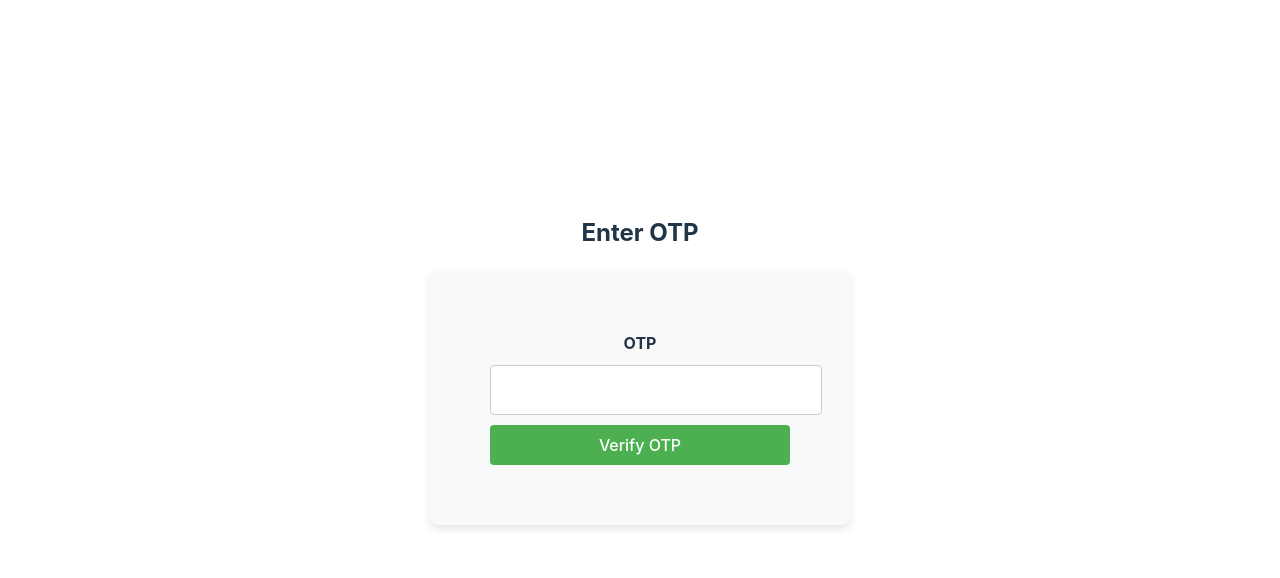
Repository: sarathraj2002/MockTest
Page: /check (app in Frontend/)
These files come from the project's save history. The page is drawn as it stood at one moment and after the next save; the edit follows.
The browser window is 1280 px wide. The pictures show the whole page.
The project was rebuilt for these pictures with package versions that can differ from the ones it lists, and the page was loaded fresh each time. Also part of the build but not shown: Frontend/vite.config.js, Frontend/src/components/Otp.jsx, Frontend/src/components/Home.jsx.

Above is the page before, as saved 2024-11-13 17:14:41.

### Frontend/index.html
<!doctype html>
<html lang="en">
  <head>
    <meta charset="UTF-8" />
    <link rel="icon" type="image/svg+xml" href="/vite.svg" />
    <meta name="viewport" content="width=device-width, initial-scale=1.0" />
    <title>MockTest</title>
  </head>
  <body>
    <div id="root"></div>
    <script type="module" src="/src/main.jsx"></script>
  </body>
</html>

### Frontend/src/main.jsx
import { StrictMode } from 'react'
import { createRoot } from 'react-dom/client'
import App from './App.jsx'
import './index.css'
import { BrowserRouter } from 'react-router-dom'


createRoot(document.getElementById('root')).render(
  <StrictMode>
     <BrowserRouter>
    <App />
    </BrowserRouter>
  </StrictMode>,
)

### Frontend/src/App.jsx
import { useState } from 'react'
import './App.css'
import Otp from './components/Otp'
import { Home } from './components/Home'
import { Route,Routes,useNavigate } from 'react-router-dom'
import Mail from './components/Mail'

function App() {
  const [email, setEmail] = useState('');
  const navigate = useNavigate();
  const handleEmailSubmit=(email)=>{
    setEmail(email);
    navigate('/check');
  }


  return (
    <>
    <Routes>
      <Route path='/' element={<Otp onEmailSubmit={handleEmailSubmit}/>}></Route>
      <Route path='/check' element={<Mail/>}></Route>
      <Route path='/home' element={<Home/>}></Route>
    </Routes>
    </>
  )
}

export default App

### Frontend/src/components/Mail.jsx
import React, { useState } from 'react';
import axios from 'axios';
import { useNavigate } from 'react-router-dom';

function OTPForm({ email, onOTPVerify }) {
  const [otp, setOtp] = useState('');
  const [errorMessage, setErrorMessage] = useState('');
  const navigate = useNavigate();

  const handleSubmit = async (e) => {
    e.preventDefault();

    try {
      const response = await axios.post('http://localhost:5000/api/verify-otp', {
        otp
      });
      const data = response.data;

      if (data.valid) {
        navigate('/home');
      } else {
        setErrorMessage(data.message || 'Invalid OTP. Please try again.');
      }
    } catch (error) {
      console.error('Error verifying OTP:', error);
      setErrorMessage('An error occurred while verifying OTP.');
    }
  };

  const formStyle = {
    width: '300px',
    margin: '0 auto',
    padding: '60px',
    backgroundColor: '#f9f9f9',
    borderRadius: '8px',
    boxShadow: '0 4px 8px rgba(0, 0, 0, 0.1)',
  };

  const inputStyle = {
    width: '100%',
    padding: '15px',
    margin: '10px 0',
    borderRadius: '4px',
    border: '1px solid #ccc',
    fontSize: '16px',
  };

  const buttonStyle = {
    width: '100%',
    padding: '10px',
    backgroundColor: '#4CAF50',
    color: 'white',
    fontSize: '16px',
    border: 'none',
    borderRadius: '4px',
    cursor: 'pointer',
  };

  const buttonHoverStyle = {
    backgroundColor: '#45a049',
  };

  const errorMessageStyle = {
    color: 'red',
    marginTop: '10px',
    textAlign: 'center',
  };

  return (
    <div style={{ padding: '50px 20px', textAlign: 'center' }}>
      <h2 style={{ marginBottom: '20px' }}>Enter OTP</h2>
      <form onSubmit={handleSubmit} style={formStyle}>
        <label style={{ fontSize: '16px', fontWeight: 'bold', marginBottom: '10px' }}>OTP</label>
        <input
          type="text"
          value={otp}
          onChange={(e) => setOtp(e.target.value)}
          required
          maxLength="4"
          style={inputStyle}
        />
        <button type="submit" style={buttonStyle} onMouseEnter={(e) => e.target.style.backgroundColor = buttonHoverStyle.backgroundColor} onMouseLeave={(e) => e.target.style.backgroundColor = buttonStyle.backgroundColor}>
          Verify OTP
        </button>
      </form>
      {errorMessage && <p style={errorMessageStyle}>{errorMessage}</p>}
    </div>
  );
}

export default OTPForm;

Loaded but not shown: Frontend/src/index.css (common file); Frontend/src/App.css (common file)

After the next save:
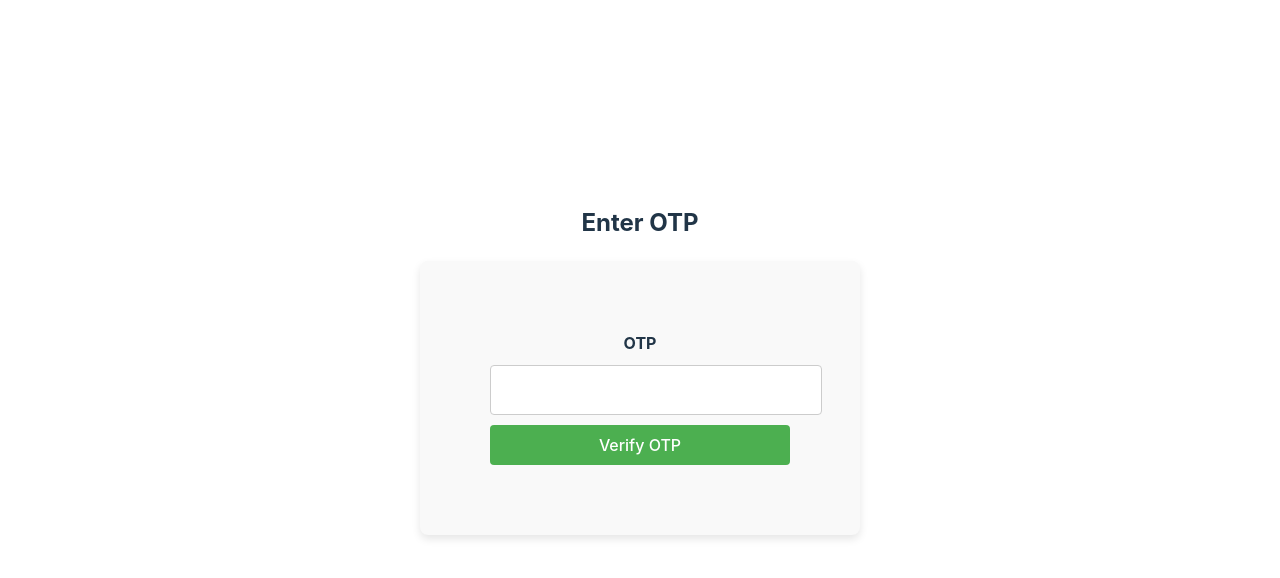
Saved 6 s later.
--- a/Frontend/src/components/Mail.jsx
+++ b/Frontend/src/components/Mail.jsx
@@ -30,7 +30,7 @@ function OTPForm({ email, onOTPVerify }) {
   const formStyle = {
     width: '300px',
     margin: '0 auto',
-    padding: '60px',
+    padding: '70px',
     backgroundColor: '#f9f9f9',
     borderRadius: '8px',
     boxShadow: '0 4px 8px rgba(0, 0, 0, 0.1)',
